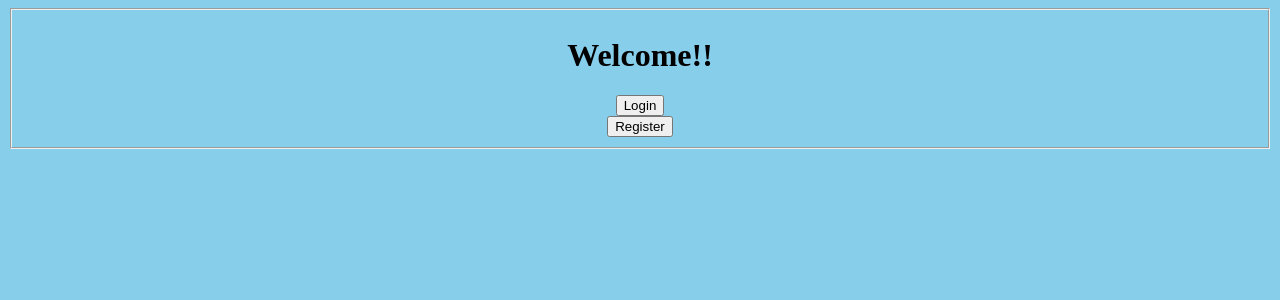
Repository: Thirumalaivasan01/eclipse-workspace
Page: http://localhost/assignment-calculator/
An editor plug-in stored every save of this project. The page is shown before and after the next save, followed by the edit.
The browser window is 1280 px wide. The pictures show the whole page.
The page is served by Tomcat 9. Nobody is signed in. The application's start-up code is not run.

Above is the page before, as saved 2022-04-12 14:41:49.

After the next save:
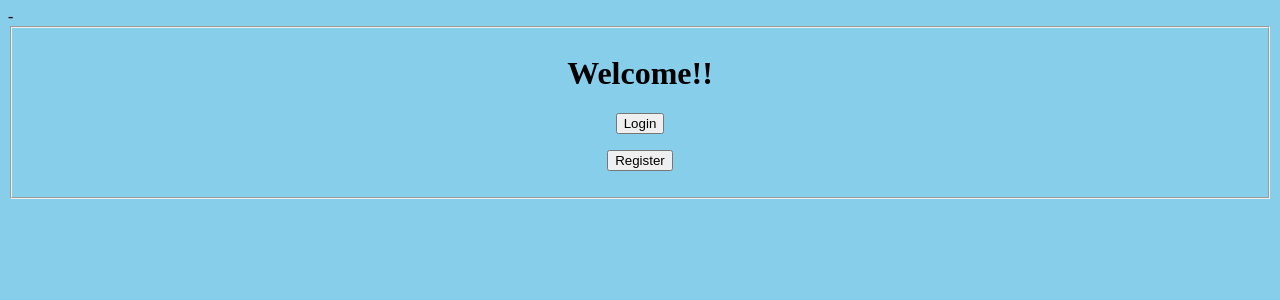
Saved 22 s later.
--- a/assignment-calculator/src/main/webapp/index.jsp
+++ b/assignment-calculator/src/main/webapp/index.jsp
@@ -1,5 +1,5 @@
-<%-- <%@ page language="java" contentType="text/html; charset=UTF-8"
-	pageEncoding="UTF-8"%> --%>
+ <%@ page language="java" contentType="text/html; charset=UTF-8"
+	pageEncoding="UTF-8"%> -
 <!DOCTYPE html PUBLIC "-//W3C//DTD HTML 4.01 Transitional//EN" "http://www.w3.org/TR/html4/loose.dtd">
 
 
